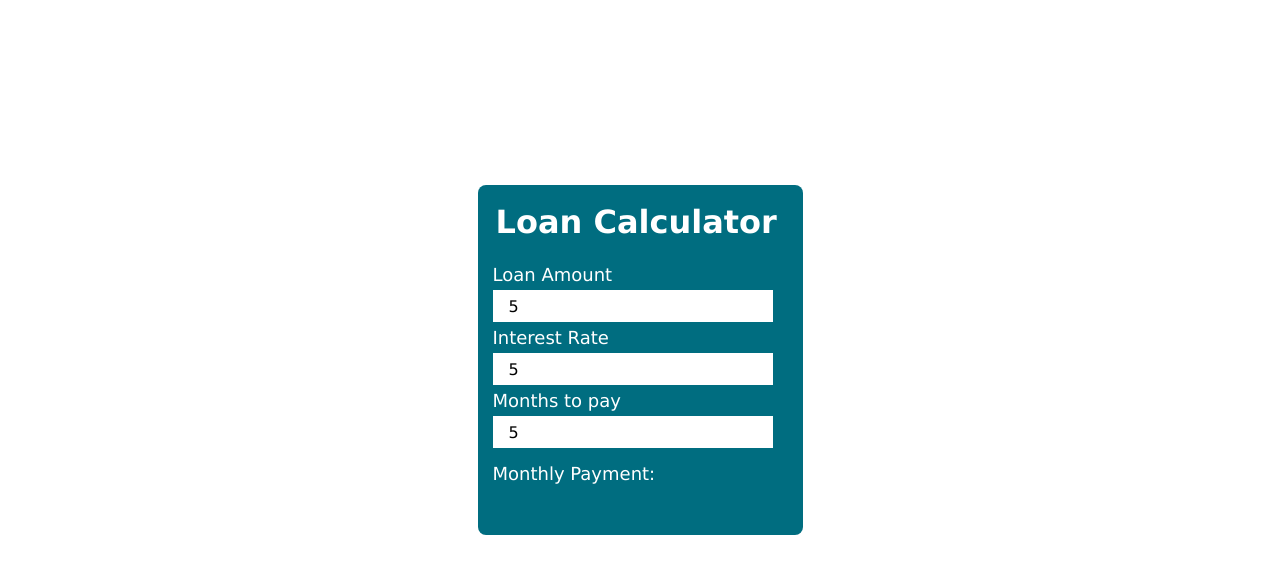
Repository: Ankitkr2021/Loan-Calculator
Page: index.html
An editor plug-in stored every save of this project. The page is shown before and after the next save, followed by the edit.
The browser window is 1280 px wide. The pictures show the whole page.
Empty fields were first filled with sample values (such as "Sample", 5 or name@example.com).
After loading, the first visible `#loan` was changed once.

Above is the page before, as saved 2025-10-28 09:12:00.
Console error: SyntaxError: Unexpected identifier 'monthlyPayment'

After the next save:
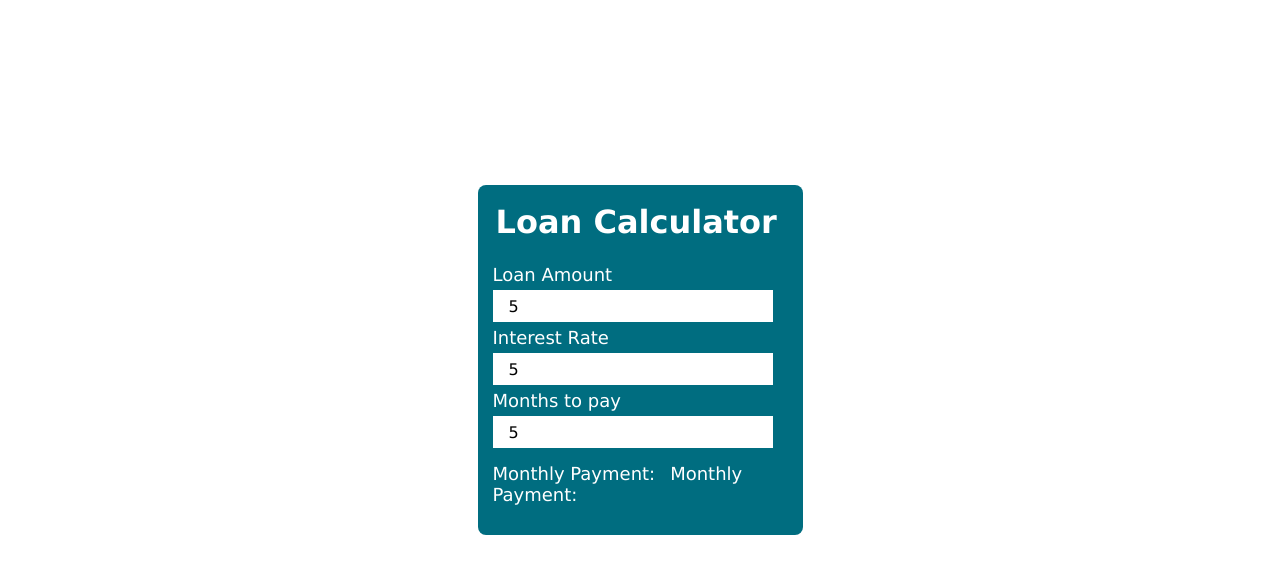
The error is gone.
Saved 14 s later.
--- a/main.js
+++ b/main.js
@@ -8,7 +8,7 @@ function calculateLoan() {
 
     monthlyPayment = (loanAmountValue / MonthsToPay + totalInterest)
 
-    document.getElementById("result").innerHTML = `Monthly Payment`    monthlyPayment
+    document.getElementById("result").innerHTML = `Monthly Payment: `
 
 
 }
